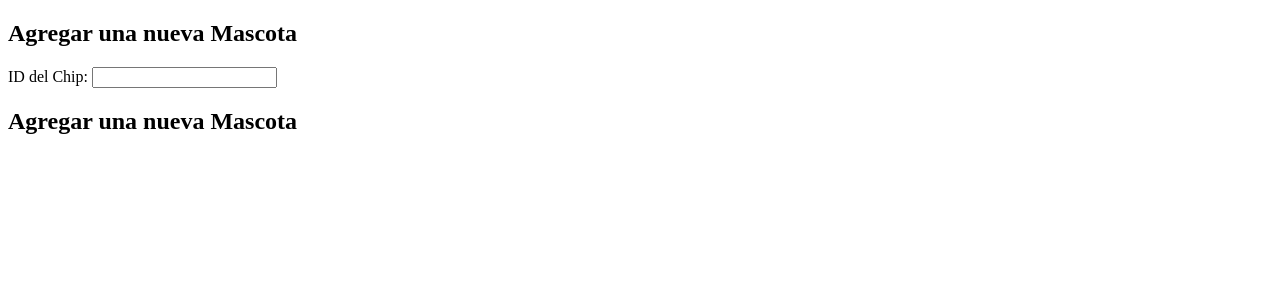
Repository: adriarodrisan/PetLover
Page: Paginas_web/Agregar_Mascota.html
An editor plug-in stored every save of this project. The page is shown before and after the next save, followed by the edit.
The browser window is 1280 px wide. The pictures show the whole page.

Above is the page before, as saved 2025-03-17 18:06:08.

### Paginas_web/Agregar_Mascota.html
<!DOCTYPE html>
<html lang="en">
<head>
    <meta charset="UTF-8">
    <meta name="viewport" content="width=device-width, initial-scale=1.0">
    <title>Agregar Mascota</title>
    <link rel="stylesheet" href="Agregar_Mascota.html">
</head>
<body>
    <div class="formulario-contenedor">
        <h2>Agregar una nueva Mascota</h2>
        <form action="insertar_mascota.php" method="POST">
            <div class="campo">
                <label for="Chip_ID">ID del Chip: </label>
                <input type="text" name="Chip_ID" id="Chip_ID" required>
            </div>

        </form>
    </div>

</body>
</html>
<!DOCTYPE html>
<html lang="en">
<head>
    <meta charset="UTF-8">
    <meta name="viewport" content="width=device-width, initial-scale=1.0">
    <title>Agregar Mascota</title>
    <link rel="stylesheet" href="Agregar_Mascota.html">
</head>
<body>
    <div class="formulario-contenedor">
        <h2>Agregar una nueva Mascota</h2>
    </div>

</body>
</html>
<!DOCTYPE html>
<html lang="en">
<head>
    <meta charset="UTF-8">
    <meta name="viewport" content="width=device-width, initial-scale=1.0">
    <title>Agregar Mascota</title>
    <link rel="stylesheet" href="Agregar_Mascota.html">
</head>
<body>

</body>
</html>

After the next save:
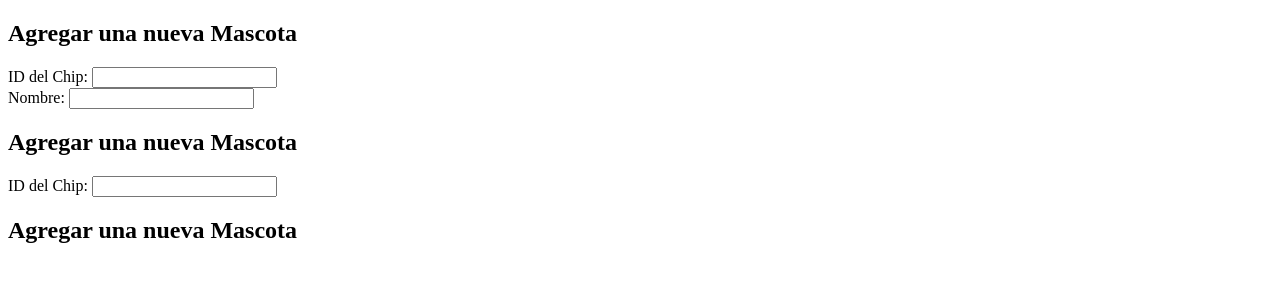
Saved 105 s later.
--- a/Paginas_web/Agregar_Mascota.html
+++ b/Paginas_web/Agregar_Mascota.html
@@ -1,3 +1,30 @@
+<!DOCTYPE html>
+<html lang="en">
+<head>
+    <meta charset="UTF-8">
+    <meta name="viewport" content="width=device-width, initial-scale=1.0">
+    <title>Agregar Mascota</title>
+    <link rel="stylesheet" href="Agregar_Mascota.html">
+</head>
+<body>
+    <div class="formulario-contenedor">
+        <h2>Agregar una nueva Mascota</h2>
+        <form action="insertar_mascota.php" method="POST">
+            <div class="campo">
+                <label for="Chip_ID">ID del Chip: </label>
+                <input type="text" name="Chip_ID" id="Chip_ID" required>
+            </div>
+            <div class="campo">
+                <label for="Nombre">Nombre: </label>
+                <input type="text" name="Nombre" id="Nombre" required>
+            </div>
+
+
+        </form>
+    </div>
+
+</body>
+</html>
 <!DOCTYPE html>
 <html lang="en">
 <head>
